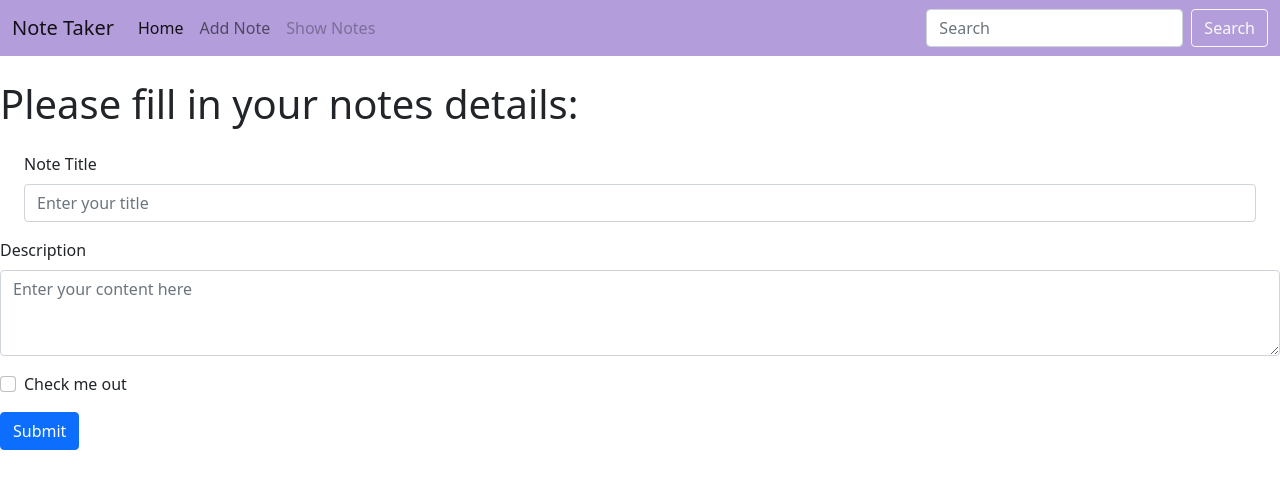
Repository: Tanmoy4672/Hibernate
Page: http://localhost/NoteTaker/add_notes.jsp
These files come from the project's save history. The page is drawn as it stood at one moment and after the next save; the edit follows.
The browser window is 1280 px wide. The pictures show the whole page.
The page is served by Tomcat 9. Other server files are loaded and not shown.

Above is the page before, as saved 2021-12-16 06:28:12.

### NoteTaker/src/main/webapp/add_notes.jsp
<%@ page language="java" contentType="text/html; charset=ISO-8859-1"
	pageEncoding="ISO-8859-1"%>
<!DOCTYPE html>
<html>
<head>
<meta charset="ISO-8859-1">
<title>Add notes</title>
<%@include file="All_js_css.jsp"%>

</head>
<body>
	<div class="container-fluid p-0 m-0">
		<%@include file="Navbar.jsp"%>
	</div>

	<br>
	<h1>Please fill in your notes details:</h1>
	<!-- This is add notes form -->
	<form action="SaveNoteServlet" method="POST">
		<div class="mb-3 m-4">
			<label for="title" class="form-label">Note Title</label> <input
				type="text" class="form-control" id="NoteTitle"
				aria-describedby="emailHelp" placeholder="Enter your title">
		</div>
		<div class="mb-3">
			<label for="exampleFormControlTextarea1" class="form-label">Description</label>
			<textarea class="form-control" id="titelContent" placeholder="Enter your content here"
				rows="3"></textarea>
		</div>
		<div class="mb-3 form-check">
			<input type="checkbox" class="form-check-input" id="exampleCheck1">
			<label class="form-check-label" for="exampleCheck1">Check me
				out</label>
		</div>
		<button type="submit" class="btn btn-primary">Submit</button>
	</form>




</body>
</html>

### NoteTaker/src/main/webapp/All_js_css.jsp
<!-- Bootstrap CSS -->
    <link href="https://cdn.jsdelivr.net/npm/bootstrap@5.0.2/dist/css/bootstrap.min.css" rel="stylesheet" integrity="sha384-EVSTQN3/azprG1Anm3QDgpJLIm9Nao0Yz1ztcQTwFspd3yD65VohhpuuCOmLASjC" crossorigin="anonymous">
    <link href="CSS/style.css" rel="stylesheet"/>

 <!-- Optional JavaScript; choose one of the two! -->

    <!-- Option 1: Bootstrap Bundle with Popper -->
    <script src="https://cdn.jsdelivr.net/npm/bootstrap@5.0.2/dist/js/bootstrap.bundle.min.js" integrity="sha384-MrcW6ZMFYlzcLA8Nl+NtUVF0sA7MsXsP1UyJoMp4YLEuNSfAP+JcXn/tWtIaxVXM" crossorigin="anonymous"></script>

    <!-- Option 2: Separate Popper and Bootstrap JS -->

    <script src="https://cdn.jsdelivr.net/npm/@popperjs/core@2.9.2/dist/umd/popper.min.js" integrity="sha384-IQsoLXl5PILFhosVNubq5LC7Qb9DXgDA9i+tQ8Zj3iwWAwPtgFTxbJ8NT4GN1R8p" crossorigin="anonymous"></script>
    <script src="https://cdn.jsdelivr.net/npm/bootstrap@5.0.2/dist/js/bootstrap.min.js" integrity="sha384-cVKIPhGWiC2Al4u+LWgxfKTRIcfu0JTxR+EQDz/bgldoEyl4H0zUF0QKbrJ0EcQF" crossorigin="anonymous"></script>

### NoteTaker/src/main/webapp/Navbar.jsp
<nav class="navbar navbar-expand-lg navbar-light purple">
	<div class="container-fluid">
		<a class="navbar-brand" href="index.jsp">Note Taker</a>
		<button class="navbar-toggler" type="button" data-bs-toggle="collapse"
			data-bs-target="#navbarSupportedContent"
			aria-controls="navbarSupportedContent" aria-expanded="false"
			aria-label="Toggle navigation">
			<span class="navbar-toggler-icon"></span>
		</button>
		<div class="collapse navbar-collapse" id="navbarSupportedContent">
			<ul class="navbar-nav me-auto mb-2 mb-lg-0">
				<li class="nav-item"><a class="nav-link active"
					aria-current="page" href="index.jsp">Home</a></li>
				<li class="nav-item"><a class="nav-link" href="add_notes.jsp">Add Note</a></li>

				<li class="nav-item"><a class="nav-link disabled" href="#"
					tabindex="-1" aria-disabled="true">Show Notes</a></li>
			</ul>
			<form class="d-flex">
				<input class="form-control me-2" type="search" placeholder="Search"
					aria-label="Search">
				<button class="btn btn-outline-light" type="submit">Search</button>
			</form>
		</div>
	</div>
</nav>

### NoteTaker/src/main/webapp/CSS/style.css
.purple{
	background: #b39ddb;
}

After the next save:
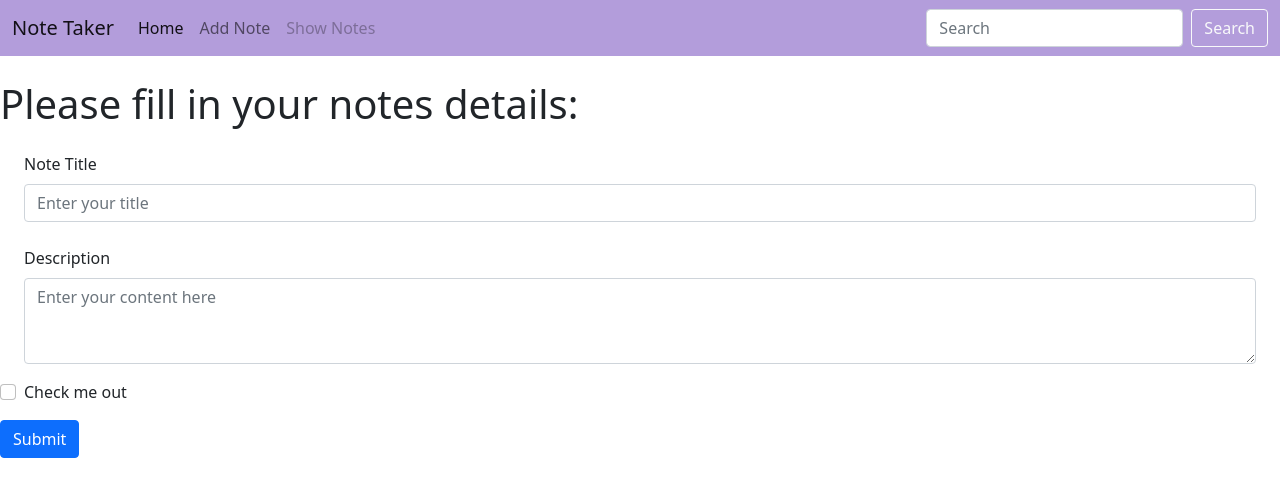
Saved 46 s later.
--- a/NoteTaker/src/main/webapp/add_notes.jsp
+++ b/NoteTaker/src/main/webapp/add_notes.jsp
@@ -22,7 +22,7 @@
 				type="text" class="form-control" id="NoteTitle"
 				aria-describedby="emailHelp" placeholder="Enter your title">
 		</div>
-		<div class="mb-3">
+		<div class="mb-3 m-4">
 			<label for="exampleFormControlTextarea1" class="form-label">Description</label>
 			<textarea class="form-control" id="titelContent" placeholder="Enter your content here"
 				rows="3"></textarea>
